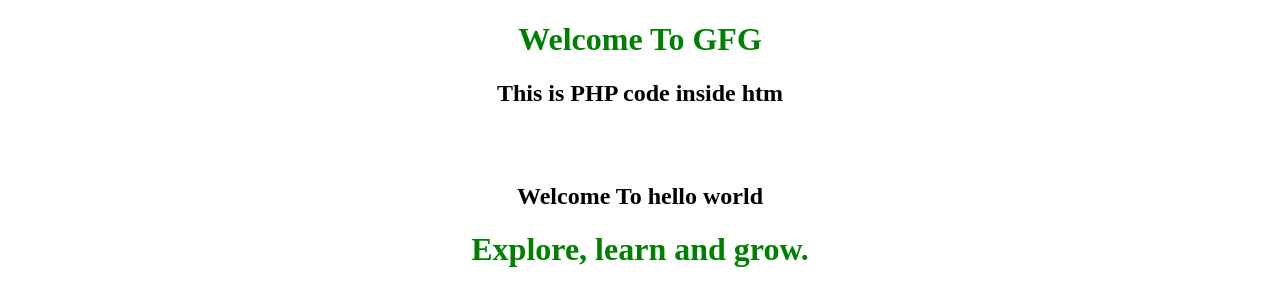
Repository: NithishKoriyar/phpprojectgh
Page: http://localhost/example1.php
These files come from the project's save history. The page is drawn as it stood at one moment and after a run of saves; the edit follows.
The browser window is 1280 px wide. The pictures show the whole page.
The page is run by PHP 8.4 with error messages shown; the project is at /var/www/html/.

Above is the page before, as saved 2022-12-14 11:13:10.

After the next 2 saves:
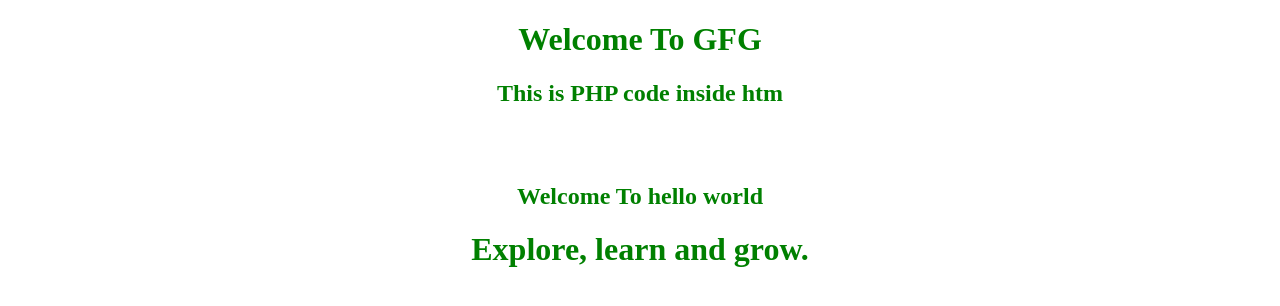
The 2 saves are shown as one change because they came seconds apart.
The last was saved 55 s later.
--- a/example1.php
+++ b/example1.php
@@ -4,6 +4,9 @@
 <head>
 	<style>
 		h1 {
+			color: green;
+		}
+		h2 {
 			color: green;
 		}
 	</style>
